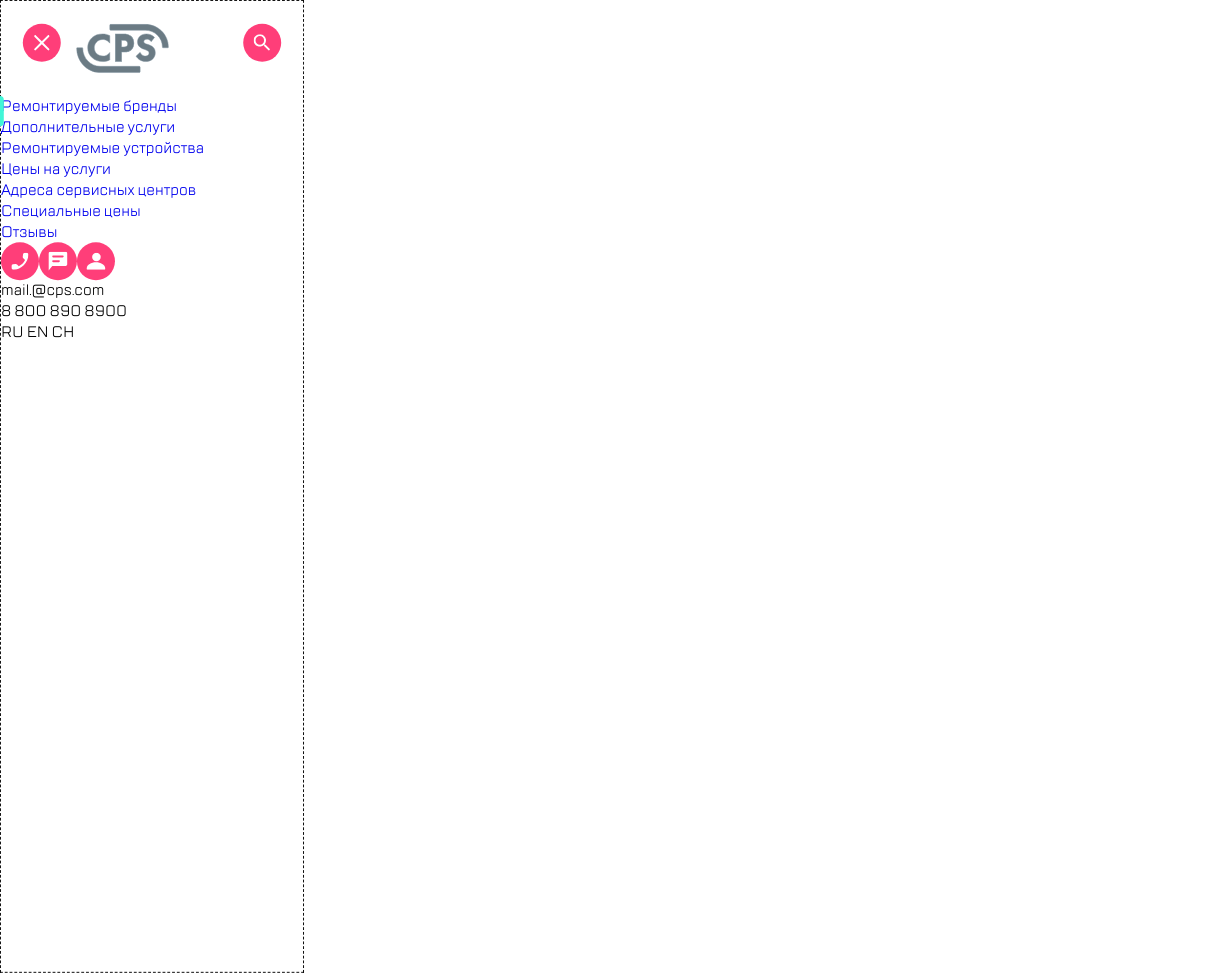
Repository: Dedoxa/Kata-WebCore-
Page: aside.html
An editor plug-in stored every save of this project. The page is shown before and after the next save, followed by the edit.
The browser window is 1280 px wide. The pictures show the whole page, at 95% of full size.

Above is the page before, as saved 2024-05-11 18:55:54.

After the next save:
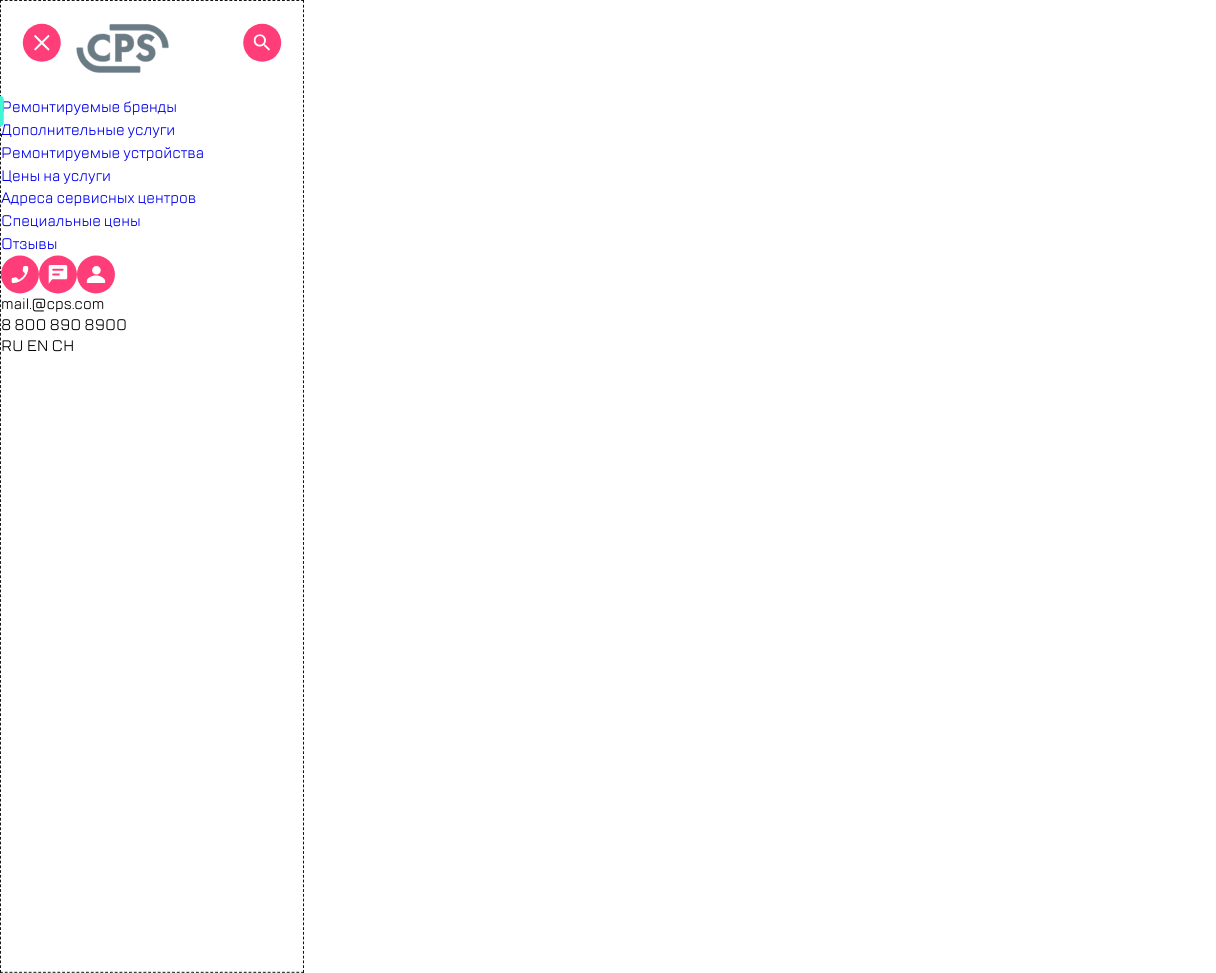
Saved 93 s later.
--- a/aside.css
+++ b/aside.css
@@ -119,6 +119,8 @@
   display: block;
   text-decoration: none;
   font-family: "TT Lakes Regular", Times, serif;
+  font-size: 16px;
+  line-height: 24px;
 }
 
 .aside-footer__icons {
